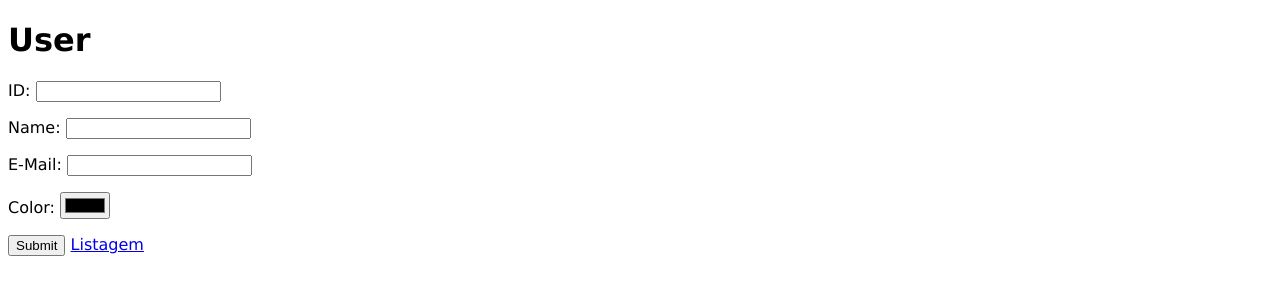
Repository: ArthurAMichelettiS/ftt-web-API
Page: ftt-WEB-api/src/main/webapp/lista.html
An editor plug-in stored every save of this project. The page is shown before and after the next save, followed by the edit.
The browser window is 1280 px wide. The pictures show the whole page.
The page's requests for data from a server got no answer.

Above is the page before, as saved 2021-05-08 02:02:09.

After the next save:
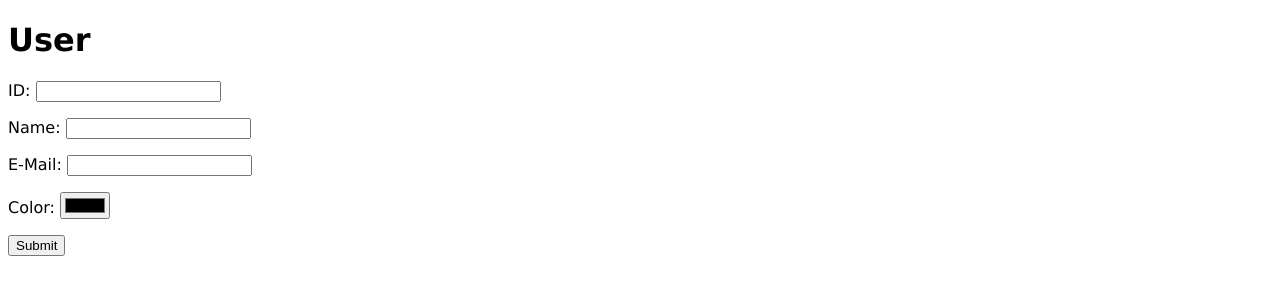
Saved 43 s later.
--- a/ftt-WEB-api/src/main/webapp/lista.html
+++ b/ftt-WEB-api/src/main/webapp/lista.html
@@ -8,7 +8,7 @@
 	body {font-family:Verdana;}
 </style>
 </head>
-<body>
+<body onLoad="reloadPage()">
 <h1>User</h1>
 <!--  get, post ok -->
 <form method="post" action="/ftt-WEB-api/user">
@@ -17,9 +17,74 @@
 <p><label for="user-email">E-Mail: </label><input type="email" id="user-email" name="user-email" required></p>
 <p><label for="user-color">Color: </label><input type="color" id="user-color" name="user-color" required></p>
 <input type="submit">
-
-<a href="lista.html">Listagem</a>
-
 </form>
 </body>
+<script>
+
+function reloadPage() {
+  var username = window.localStorage.getItem('user');
+  url = `/user?user-id=${username}`;
+
+  var xhr = new XMLHttpRequest();
+
+  xhr.onload = function () {
+
+    if (xhr.status >= 200 && xhr.status < 300) {
+
+      var reps = JSON.parse(xhr.responseText);
+      createNewsCards(reps);
+
+    } else {
+
+      let error_message = "ERROR!" + xhr.statusText;
+      document.getElementById("Repositorios").innerHTML = error_message;
+    }
+  };
+
+  xhr.open('GET', url);
+  xhr.send();
+
+}
+
+function createNewsCards(nData) {
+
+  for (i in nData) {
+
+    var card = document.createElement("div"); //Card
+    card.setAttribute("class", "card");
+
+    var data = document.createElement("div"); //Date text
+    data.setAttribute("class", "data");
+
+    var time = document.createElement("time"); //Creation date of repository
+
+    data.innerHTML = "CRIADO EM:"
+    data.appendChild(time)
+
+    var name = document.createElement("h2"); //Repository name
+
+    var description = document.createElement("div"); //Repository description
+    description.setAttribute("class", "info");
+
+    var language = document.createElement("div"); //Language name
+    language.setAttribute("class", "tags");
+
+    time.innerText = nData[i].user-color;
+
+    name.innerText = nData[i].user-id;
+    description.innerText = nData[i].user-name;
+    language.innerText = nData[i].user-email;
+
+    // Append the text to cards
+    card.appendChild(data);
+    card.appendChild(name);
+    card.appendChild(description);
+    card.appendChild(language);
+
+    document.getElementById("container").appendChild(card);
+
+  }
+}
+
+</script>
 </html>
